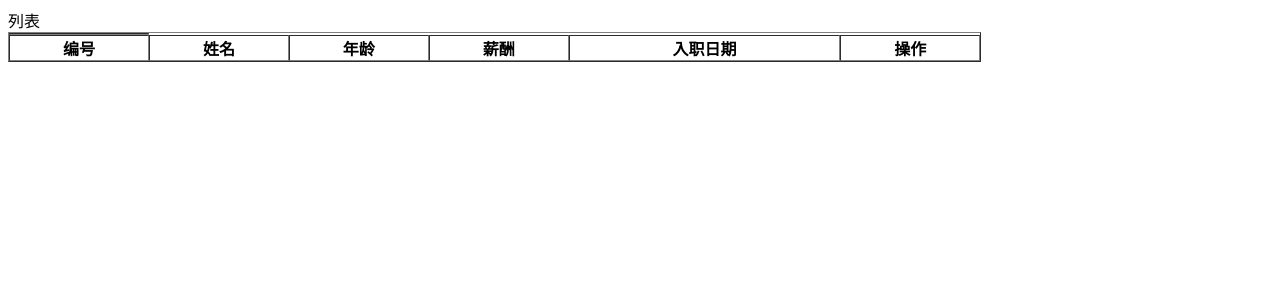
Repository: qyl1006/JavaApps
Page: http://localhost/web-043-tomcat-http/student
An editor plug-in stored every save of this project. The page is shown before and after the next save, followed by the edit.
The browser window is 1280 px wide. The pictures show the whole page.
The page is served by Tomcat 9. Queries for data that is not in the repository find no rows.

Above is the page before, as saved 2018-03-03 15:37:58.

After the next save:
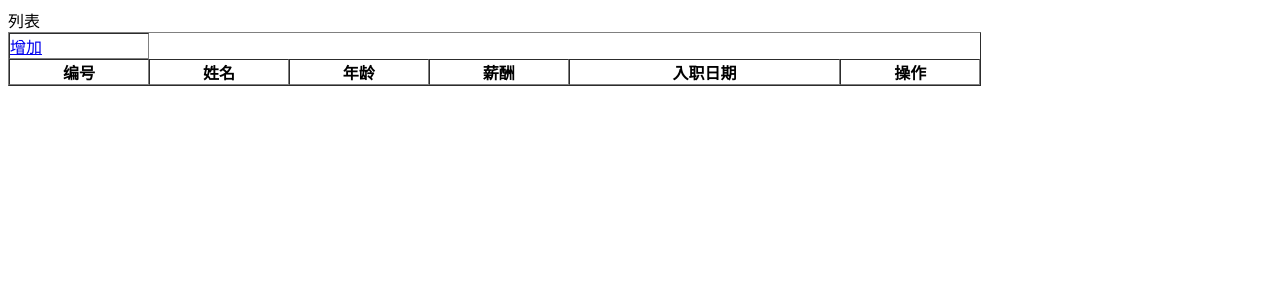
Saved 57 s later.
--- a/workspace/web-043-tomcat-http/webapp/WEB-INF/views/student/list.jsp
+++ b/workspace/web-043-tomcat-http/webapp/WEB-INF/views/student/list.jsp
@@ -13,7 +13,7 @@
 <table cellpadding="0" cellspacing="0" border="1" width="77%">
 	<tr>
 		<td>
-
+			<a href="/student?cmd=editOrUpdate">增加</a>
 		</td>
 	</tr>
 	<tr>
